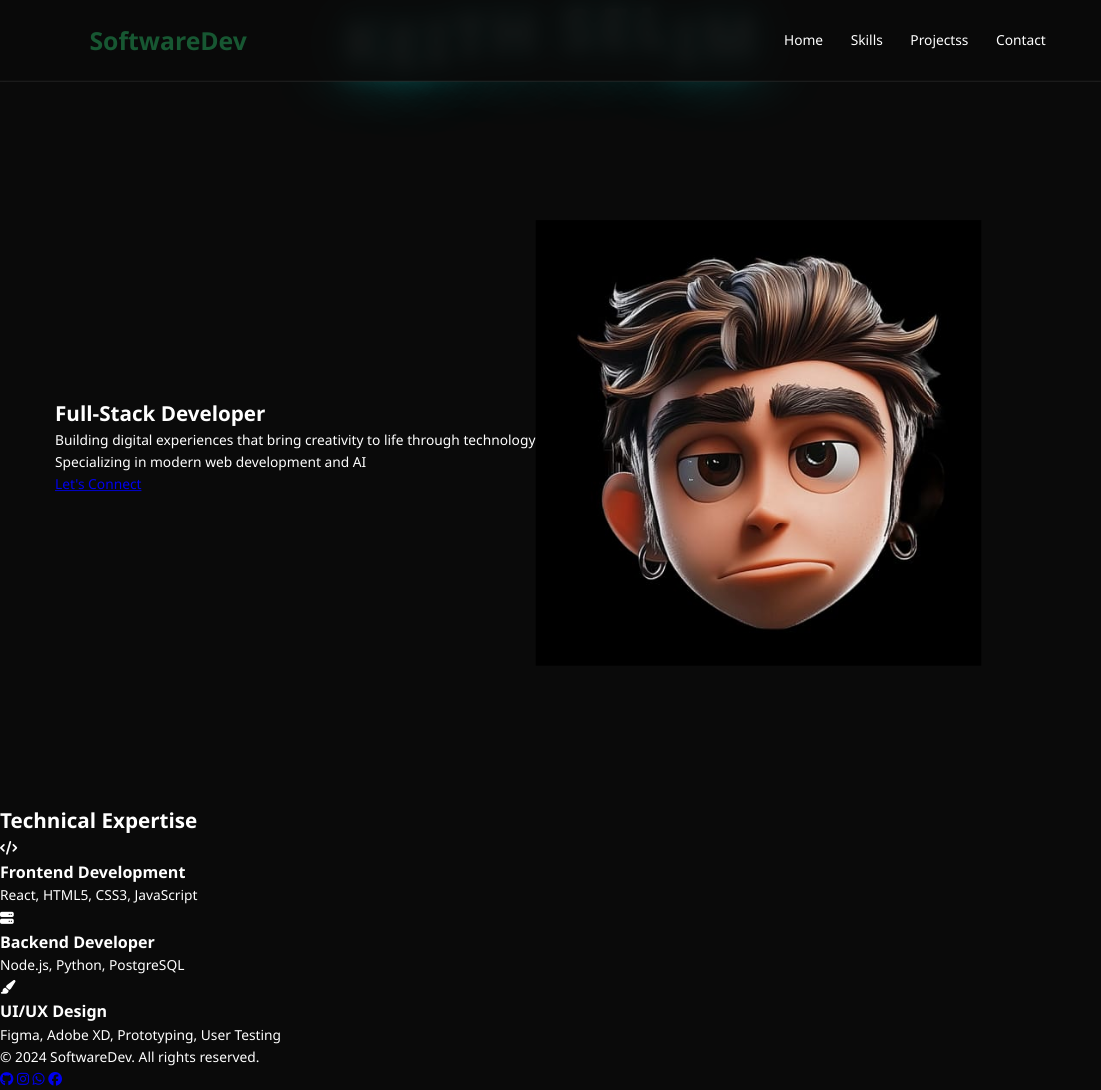
Repository: PEEZYBEE/my-personal-website
Page: index.html
These files come from the project's save history. The page is drawn as it stood at one moment and after a run of saves; the edit follows.
The browser window is 1280 px wide. The pictures show the whole page, at 86% of full size.

Above is the page before, as saved 2025-03-01 21:00:35.

### index.html
<!DOCTYPE html>
<html lang="en">
<head>
    <meta charset="UTF-8">
    <meta name="viewport" content="width=device-width, initial-scale=1.0">
    <link rel="stylesheet" href="./style.css" />
    <title>
        My Personal Website
    </title>
    <link rel="stylesheet" href="https://cdnjs.cloudflare.com/ajax/libs/font-awesome/6.7.2/css/all.min.css" integrity="sha512-Evv84Mr4kqVGRNSgIGL/F/aIDqQb7xQ2vcrdIwxfjThSH8CSR7PBEakCr51Ck+w+/U6swU2Im1vVX0SVk9ABhg==" crossorigin="anonymous" referrerpolicy="no-referrer" />
</head>
<body>

 <div class="bouncing-letters" style="text-align:center;font-size: 30px;">
 <span>K</span>
<span>E</span>
<span>I</span>
<span>T</span>
<span>H</span>
<span>&nbsp;</span>
<span>S</span>
<span>E</span>
<span>L</span>
<span>I</span>
<span>M</span>
 </div>

 <nav class="navbar">
    <a href="#home" class="logo">SoftwareDev</a>
    <ul class="nav-links">
      <li><a href="#home">Home</a></li>
      <li><a href="#skills">Skills</a></li>
      <li><a href="#projects">Projectss</a></li>
      <li><a href="#contact">Contact</a></li>
    </ul>
 </nav>

 <section id="home" class="hero">
    <div class="hero-content">
     <h1>Full-Stack Developer</h1>
     <p>Building digital experiences that bring creativity to life through technology</p>
     <p class="highlight">Specializing in modern web development and AI</p>
     <a href="#contact" class="cta-button">Let's Connect</a>
    </div>

    <div class="hero-image">
        <img src="profile.jpg" alt="Profile" class="profile-img">
    </div>
</section>

<section id="skills" class="skills">
    <h2>Technical Expertise</h2>
    <div class="skills-grid">
        <div class="skill-card">
            <i class="fa-solid fa-code"></i>
            <h3>Frontend Development</h3>
            <p>React, HTML5, CSS3, JavaScript</p>
        </div>
        <div class="skill-card">
            <i class="fa-solid fa-server"></i>
            <h3>Backend Developer</h3>
            <p>Node.js, Python, PostgreSQL</p>
        </div>
        <div class="skill-card">
            <i class="fa-solid fa-paintbrush"></i>
            <h3>UI/UX Design</h3>
            <p>Figma, Adobe XD, Prototyping, User Testing</p>
        </div>
    </div>
</section>

<footer>
   <p>&copy; 2024  SoftwareDev. All rights reserved.</p>
   <div class="social-links">
    <a href="#"><i class="fa-brands fa-github"></i></a>
    <a href="#"><i class="fa-brands fa-instagram"></i></a>
    <a href="#"><i class="fa-brands fa-whatsapp"></i></a>
    <a href="#"><i class="fa-brands fa-facebook"></i></a>
   </div>
</footer>


<script src="script.js"></script>
</body>
</html>

### style.css
.bouncing-letters span {
display: inline-block;
color: white;
text-shadow: 0px 0px 0px cyan,
             0px 0px 20px cyan,
             0px 0px 40px cyan,
             0px 0px 80px cyan;
font-size: 64px;
font-weight: bold;
animation: bounce 0.8s ease infinite alternate;

}

@keyframes bounce {
    0% { transform: translateY(0) }
    100% { transform: translateY(-20px) }

}

.bouncing-letters span:nth-child(1)
{ animation-delay:  0.1s; }


.bouncing-letters span:nth-child(2)
{ animation-delay:  0.2s; }


.bouncing-letters span:nth-child(3)
{ animation-delay:  0.3s; }


.bouncing-letters span:nth-child(4)
{ animation-delay:  0.4s; }


.bouncing-letters span:nth-child(5)
{ animation-delay: 0.5s; }


.bouncing-letters span:nth-child(6)
{ animation-delay:  0.6s; }

.bouncing-letters span:nth-child(7)
{ animation-delay:  0.7s; }

.bouncing-letters span:nth-child(8)
{ animation-delay:  0.8s; }

.bouncing-letters span:nth-child(9)
{ animation-delay:  0.9s; }

.bouncing-letters span:nth-child(10)
{ animation-delay:  0.10s; }

body{
    background-color: var(--dark-bg);
    color: var(--text);
    line-height: 1.6;
    overflow-x: hidden;
}

*{
  margin: 0;
  padding: 0;
  box-sizing: border-box;
  font-family: 'Segoe UI', sans-serif;
}
:root{
  --dark-bg: #0a0a0a;
  --darker-bg: #050505;
  --accent-glow: rgba(46, 204, 113, 0.4);
  --text: #ffffff;
}

.navbar{
  position: fixed;
  top: 0;
  width: 100%;
  padding: 1.5rem 5%;
  display: flex;
  justify-content: space-between;
  align-items: center;
  background:  rgba(10, 10, 10, 0.95);
  backdrop-filter: blur(10px);
  z-index: 1000;
  border-bottom: 1px solid rgba(255, 255, 255, 0.1);
}

.logo{
  font-size: 1.8rem;
  font-weight: 700;
  color: var(--accent-glow);
  text-decoration: none;
  position: relative;
  padding-left: 2.5rem;
}

.nav-links{
  display: flex;
  gap: 2rem;
  list-style: none;
}

.nav-links a {
  color: var(--text);
  text-decoration: none;
  font-weight: 500;
  transition: all 0.3s ease;
  position: relative;
}

.nav-links a::after {
  content: '';
  position: absolute;
  bottom:  -5px;
  left: 0;
  width: 0;
  height: 2px;
  background: var(--accent-glow);
  transition: width 0.3s ease;
}

.nav-links a:hover::after {
   width: 100%;
}

.hero {
  min-height: 100vh;
  display: flex;
  align-items: center;
  padding: 12% 5%;
  background: radial-gradient(circle at 75% 30%,var(--accent-glow) 0%,transoarent 30%);
}

.hero-content {
    flex: ;
}

Loaded but not shown: script.js (no copy from this time; the picture is the same without it)

After the next 2 saves:
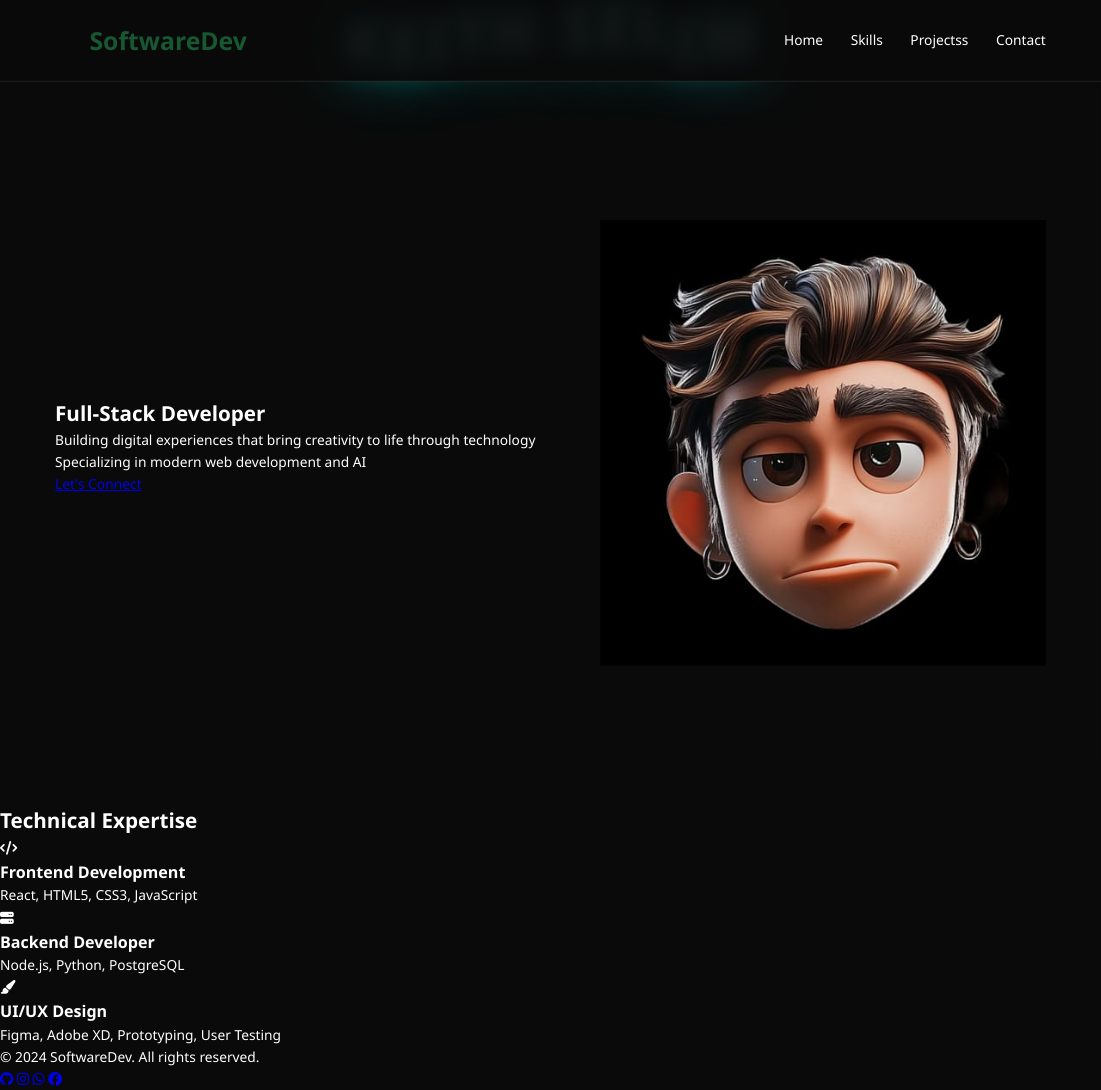
The 2 saves are shown as one change because they came seconds apart.
The last was saved 7 s later.
--- a/style.css
+++ b/style.css
@@ -133,5 +133,6 @@ body{
 }
 
 .hero-content {
-    flex: ;
+    flex: 1;
+
 }
